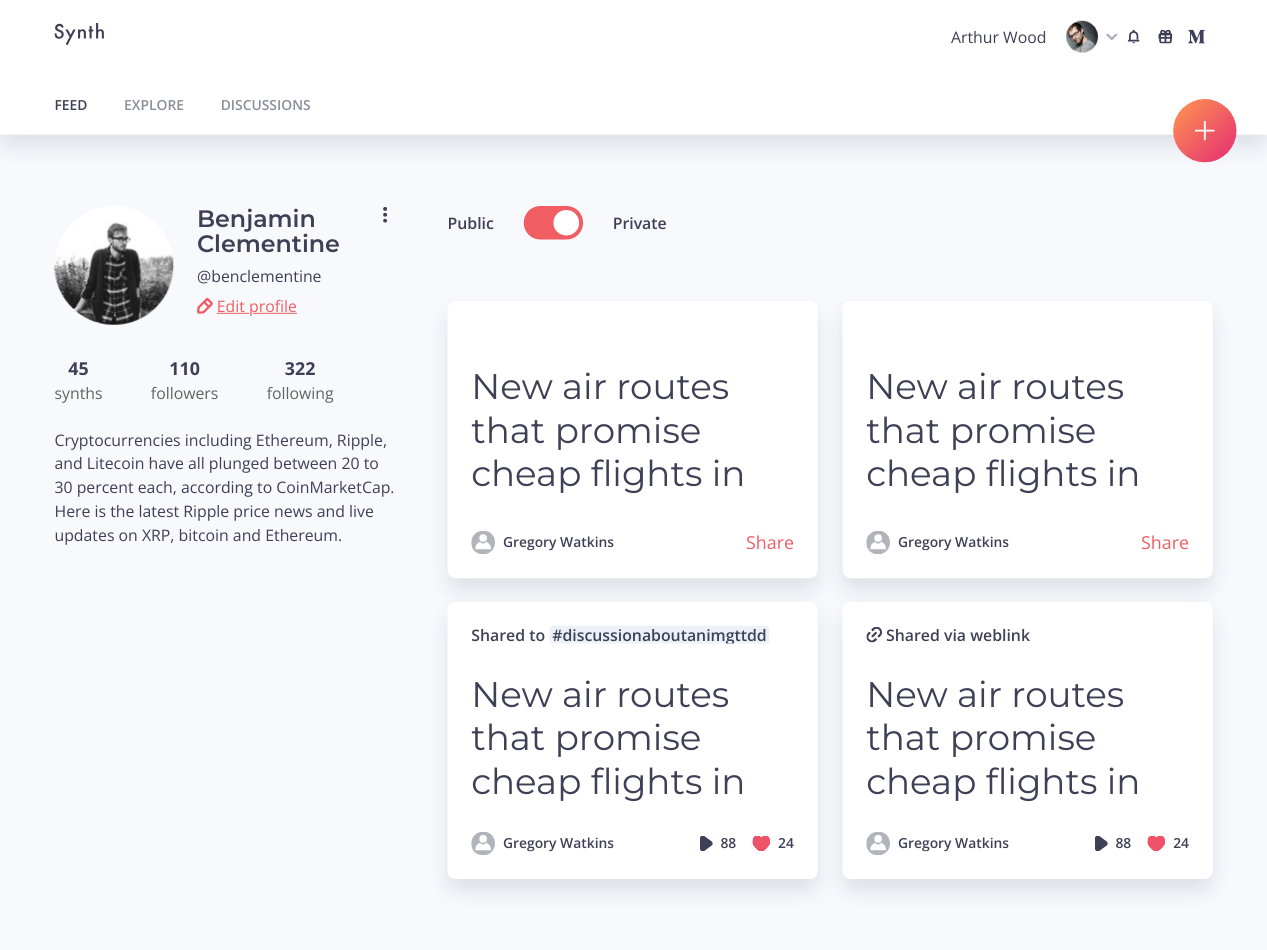
Repository: ecspetra/swivl-test-task
Page: index.html
The author's editor kept a copy of each file at every save. The page is drawn from the files as they stood at one save, then again after the next save.
The browser window is 1280 px wide. The pictures show the whole page, at 99% of full size.
The style sheet was rebuilt from its Sass, Less or Tailwind sources for each picture, by a compiler version that may differ from the author's.

Above is the page before, as saved 2021-12-10 11:26:05.

### index.html
<!DOCTYPE html>
<html lang="en">

<head>
    <meta charset="UTF-8">
    <meta http-equiv="X-UA-Compatible" content="IE=edge">
    <meta name="viewport" content="width=device-width, initial-scale=1.0">
    <link rel="stylesheet" href="css/style.css">
    <link rel="preconnect" href="https://fonts.googleapis.com">
    <link rel="preconnect" href="https://fonts.gstatic.com" crossorigin>
    <link
        href="https://fonts.googleapis.com/css2?family=Montserrat:wght@400;600&family=Open+Sans:wght@400;600;700&display=swap"
        rel="stylesheet">
    <title>Synth User Profile</title>
</head>

<body>
    <header>
        <div class="header">
            <div class="header__logo-wrapper">
                <img class="header__logo" src="img/synth-logotype.svg" alt="synth-logotype">
            </div>
            <div class="header__profile">
                <div class="header__user">
                    <p class="header__username">Arthur Wood</p>
                    <div class="header__avatar-wrapper">
                        <img class="header__avatar" src="img/header__avatar.png" alt="avatar">
                    </div>
                </div>
                <div class="header__icons">
                    <div class="header__icon-wrapper">
                        <svg class="header__notifications-icon" width="14" height="16" viewBox="0 0 14 16" fill="none"
                            xmlns="http://www.w3.org/2000/svg">
                            <mask id="path-1-inside-1_0_47" fill="white">
                                <path fill-rule="evenodd" clip-rule="evenodd"
                                    d="M8.64706 14.4C8.64706 15.28 7.90588 16 7 16C6.09412 16 5.35294 15.28 5.35294 14.4H6.64706H7H7.35294H8.64706ZM7 3.51197L6.2133 3.69304C4.69773 4.04187 3.64706 5.33599 3.64706 6.8V11.2V11.6H11.9644L12.3529 11.2L12.7647 11.6L14 12.8V13.6H13.2229H12H11.9532H2.04679H2H0.777143H0V12.8L1.23529 11.6L1.64706 11.2V6.8C1.64706 4.344 3.40118 2.288 5.76471 1.744V1.2C5.76471 0.536 6.31647 0 7 0C7.68353 0 8.23529 0.536 8.23529 1.2V1.744C10.5988 2.288 12.3529 4.344 12.3529 6.8V11.2H10.3529V6.8C10.3529 5.33599 9.30227 4.04187 7.7867 3.69304L7 3.51197Z" />
                            </mask>
                            <path
                                d="M8.64706 14.4H10.6471V12.4H8.64706V14.4ZM5.35294 14.4V12.4H3.35294V14.4H5.35294ZM6.2133 3.69304L6.6619 5.64208H6.6619L6.2133 3.69304ZM7 3.51197L7.4486 1.56293L7 1.45968L6.5514 1.56293L7 3.51197ZM3.64706 11.6H1.64706V13.6H3.64706V11.6ZM11.9644 11.6V13.6H12.8098L13.3989 12.9936L11.9644 11.6ZM12.7647 11.6L11.3711 13.0346L12.7647 11.6ZM14 12.8H16V11.9545L15.3936 11.3654L14 12.8ZM14 13.6V15.6H16V13.6H14ZM0 13.6H-2V15.6H0V13.6ZM0 12.8L-1.39357 11.3654L-2 11.9545V12.8H0ZM1.23529 11.6L-0.158278 10.1654H-0.158278L1.23529 11.6ZM1.64706 11.2L3.04063 12.6346L3.64706 12.0455V11.2H1.64706ZM5.76471 1.744L6.2133 3.69304L7.76471 3.33596V1.744H5.76471ZM8.23529 1.744H6.23529V3.33596L7.78669 3.69304L8.23529 1.744ZM10.3529 11.2H8.35294V13.2H10.3529V11.2ZM7.7867 3.69304L7.3381 5.64208H7.3381L7.7867 3.69304ZM7 18C8.95541 18 10.6471 16.4388 10.6471 14.4H6.64706C6.64706 14.1212 6.85636 14 7 14V18ZM3.35294 14.4C3.35294 16.4388 5.04459 18 7 18V14C7.14364 14 7.35294 14.1212 7.35294 14.4H3.35294ZM6.64706 12.4H5.35294V16.4H6.64706V12.4ZM7 12.4H6.64706V16.4H7V12.4ZM7.35294 12.4H7V16.4H7.35294V12.4ZM8.64706 12.4H7.35294V16.4H8.64706V12.4ZM6.6619 5.64208L7.4486 5.46101L6.5514 1.56293L5.76471 1.744L6.6619 5.64208ZM5.64706 6.8C5.64706 6.32045 6.00193 5.79398 6.6619 5.64208L5.76471 1.744C3.39352 2.28976 1.64706 4.35153 1.64706 6.8H5.64706ZM5.64706 11.2V6.8H1.64706V11.2H5.64706ZM5.64706 11.6V11.2H1.64706V11.6H5.64706ZM11.9644 9.6H3.64706V13.6H11.9644V9.6ZM10.9184 9.80643L10.5298 10.2064L13.3989 12.9936L13.7875 12.5936L10.9184 9.80643ZM14.1583 10.1654L13.7465 9.76544L10.9594 12.6346L11.3711 13.0346L14.1583 10.1654ZM15.3936 11.3654L14.1583 10.1654L11.3711 13.0346L12.6064 14.2346L15.3936 11.3654ZM16 13.6V12.8H12V13.6H16ZM13.2229 15.6H14V11.6H13.2229V15.6ZM12 15.6H13.2229V11.6H12V15.6ZM11.9532 15.6H12V11.6H11.9532V15.6ZM2.04679 15.6H11.9532V11.6H2.04679V15.6ZM2 15.6H2.04679V11.6H2V15.6ZM0.777143 15.6H2V11.6H0.777143V15.6ZM0 15.6H0.777143V11.6H0V15.6ZM-2 12.8V13.6H2V12.8H-2ZM-0.158278 10.1654L-1.39357 11.3654L1.39357 14.2346L2.62887 13.0346L-0.158278 10.1654ZM0.253487 9.76544L-0.158278 10.1654L2.62887 13.0346L3.04063 12.6346L0.253487 9.76544ZM-0.352941 6.8V11.2H3.64706V6.8H-0.352941ZM5.31611 -0.20504C2.10462 0.534128 -0.352941 3.35201 -0.352941 6.8H3.64706C3.64706 5.33599 4.69773 4.04187 6.2133 3.69304L5.31611 -0.20504ZM3.76471 1.2V1.744H7.76471V1.2H3.76471ZM7 -2C5.26695 -2 3.76471 -0.622824 3.76471 1.2H7.76471C7.76471 1.69482 7.36599 2 7 2V-2ZM10.2353 1.2C10.2353 -0.622824 8.73305 -2 7 -2V2C6.63401 2 6.23529 1.69482 6.23529 1.2H10.2353ZM10.2353 1.744V1.2H6.23529V1.744H10.2353ZM14.3529 6.8C14.3529 3.35201 11.8954 0.534128 8.68389 -0.20504L7.78669 3.69304C9.30227 4.04187 10.3529 5.33599 10.3529 6.8H14.3529ZM14.3529 11.2V6.8H10.3529V11.2H14.3529ZM10.3529 13.2H12.3529V9.2H10.3529V13.2ZM8.35294 6.8V11.2H12.3529V6.8H8.35294ZM7.3381 5.64208C7.99807 5.79398 8.35294 6.32045 8.35294 6.8H12.3529C12.3529 4.35153 10.6065 2.28976 8.23529 1.744L7.3381 5.64208ZM6.5514 5.46101L7.3381 5.64208L8.23529 1.744L7.4486 1.56293L6.5514 5.46101Z"
                                fill="#3E4056" mask="url(#path-1-inside-1_0_47)" />
                        </svg>
                    </div>
                    <div class="header__icon-wrapper">
                        <svg class="header__share-icon" id="b2f878dd-77d2-4c09-b9a4-707f73bc2f55" data-name="Слой 1"
                            xmlns="http://www.w3.org/2000/svg" viewBox="0 0 16 15.42">
                            <defs>
                                <style>
                                    .bae8df2b-01c6-49e5-bc60-1f7b441e47a7 {
                                        fill: #3e4056;
                                    }
                                </style>
                            </defs>
                            <g id="b9b9b8c9-97a8-42bd-8cda-88f7a0d50de3" data-name="Rectangle 10">
                                <path class="bae8df2b-01c6-49e5-bc60-1f7b441e47a7"
                                    d="M12,15.42H4a3,3,0,0,1-3-3v-6a3,3,0,0,1,3-3h8a3,3,0,0,1,3,3v6A3,3,0,0,1,12,15.42Zm-8-10a1,1,0,0,0-1,1v6a1,1,0,0,0,1,1h8a1,1,0,0,0,1-1v-6a1,1,0,0,0-1-1Z" />
                            </g>
                            <g id="ac1fcabc-fe41-4ad4-8f2c-08a9574db54f" data-name="Oval 6 Copy 3">
                                <path class="bae8df2b-01c6-49e5-bc60-1f7b441e47a7"
                                    d="M5.56,6.07a4.5,4.5,0,0,1-1.48-.24A3.16,3.16,0,0,1,2.34,4.28,2.93,2.93,0,0,1,2.21,2,3,3,0,0,1,6.13.19a4.73,4.73,0,0,1,2,1.52,2.74,2.74,0,0,1,.64,2.64C8.35,5.56,6.89,6.07,5.56,6.07ZM5.05,2a1,1,0,0,0-1,.64.94.94,0,0,0,0,.75A1.09,1.09,0,0,0,4.77,4a2.41,2.41,0,0,0,2.14-.28A1.13,1.13,0,0,0,6.58,3a2.88,2.88,0,0,0-1.13-.88A1.09,1.09,0,0,0,5.05,2Z" />
                            </g>
                            <g id="abe7f8d5-9a70-44fc-800c-0d9336f48a5e" data-name="Oval 6 Copy 4">
                                <path class="bae8df2b-01c6-49e5-bc60-1f7b441e47a7"
                                    d="M10.44,6.07c-1.33,0-2.79-.51-3.23-1.72a2.74,2.74,0,0,1,.64-2.64,4.73,4.73,0,0,1,2-1.52A3,3,0,0,1,13.79,2a3.05,3.05,0,0,1-1.87,3.87A4.5,4.5,0,0,1,10.44,6.07ZM11,2a1.09,1.09,0,0,0-.4.07A2.88,2.88,0,0,0,9.42,3a1.13,1.13,0,0,0-.33.72A2.42,2.42,0,0,0,11.23,4h0a1,1,0,0,0,.68-1.31A1,1,0,0,0,11,2Z" />
                            </g>
                            <g id="ba091cbe-8ec9-403f-a7b6-b61023df330d" data-name="Rectangle 11">
                                <rect class="bae8df2b-01c6-49e5-bc60-1f7b441e47a7" x="7" y="4.42" width="2"
                                    height="10" />
                            </g>
                            <path class="bae8df2b-01c6-49e5-bc60-1f7b441e47a7"
                                d="M14,4.12H2a2,2,0,0,0-2,2v3a1,1,0,0,0,1,1H15a1,1,0,0,0,1-1v-3A2,2,0,0,0,14,4.12Zm0,4.06H2V6.12H14Z" />
                        </svg>
                    </div>
                    <div class="header__icon-wrapper">
                        <svg class="header__medium-icon" width="16" height="13" viewBox="0 0 16 13" fill="none"
                            xmlns="http://www.w3.org/2000/svg">
                            <path
                                d="M1.89729 2.65197C1.91717 2.45096 1.84227 2.25228 1.69561 2.11699L0.201681 0.275132V0H4.84034L8.42577 8.04762L11.578 0H16V0.275132L14.7227 1.52851C14.6126 1.61442 14.5579 1.75561 14.5808 1.89536V11.1046C14.5579 11.2444 14.6126 11.3856 14.7227 11.4715L15.9701 12.7249V13H9.69561V12.7249L10.9879 11.4409C11.1148 11.311 11.1148 11.2728 11.1148 11.0741V3.63022L7.52194 12.9694H7.03641L2.85341 3.63022V9.88948C2.81853 10.1526 2.90393 10.4176 3.08497 10.6079L4.76564 12.6943V12.9694H0V12.6943L1.68067 10.6079C1.86039 10.4173 1.94081 10.1506 1.89729 9.88948V2.65197Z"
                                fill="#3E3F58" />
                        </svg>
                    </div>
                </div>
            </div>
            <div class="header__btn-wrapper">
                <button class="header__btn">
                    <img class="header__plus-icon" src="img/plus-icon.svg" alt="plus-btn">
                </button>
            </div>
        </div>
        <div class="header__navigation-wrapper">
            <nav class="header__navigation">
                <ul class="navigation-list">
                    <li><a href="#" class="navigation-list__item navigation-list__item__active">Feed</a></li>
                    <li><a href="#" class="navigation-list__item">Explore</a></li>
                    <li><a href="#" class="navigation-list__item">Discussions</a></li>
                </ul>
            </nav>
        </div>
    </header>
    <main>
        <section>
            <div class="profile">
                <div class="profile__user-details">
                    <div class="profile__general">
                        <div class="profile__avatar-wrapper">
                            <img class="profile__avatar" src="img/profile__avatar.png" alt="avatar">
                        </div>
                        <div class="profile__name-wrapper">
                            <h2 class="profile__name">Benjamin Clementine</h2>
                            <div class="profile__dots-wrapper">
                                <img class="profile__dots" src="img/dots.svg" alt="show-actions">
                            </div>
                        </div>
                        <p class="profile__instagram">@benclementine</p>
                        <a class="profile__edit-btn" href="#">Edit profile</a>
                    </div>
                    <div class="profile__statistics">
                        <p class="profile__synths"><span>45</span><br>synths</p>
                        <p class="profile__followers"><span>110</span><br>followers</p>
                        <p class="profile__following"><span>322</span><br>following</p>
                    </div>
                    <p class="profile__description">Cryptocurrencies including Ethereum, Ripple, and Litecoin have all
                        plunged between 20 to 30 percent each, according to CoinMarketCap. Here is the latest Ripple
                        price news and live updates on XRP, bitcoin and Ethereum.</p>
                </div>
                <div class="profile__switcher-wrapper">
                    <div class="profile__switcher">
                        <p class="profile__switcher-option">Public</p>
                        <div class="switcher">
                            <label class="switcher__label">
                                <input class="switcher__checkbox" type="checkbox" checked>
                                <span class="switcher__slider"></span>
                            </label>
                        </div>
                        <p class="profile__switcher-option">Private</p>
                    </div>
                </div>
                <div class="profile__cards-wrapper">
                    <article class="profile-card">
                        <h1 class="profile-card__headline">New air routes that promise cheap flights in</h1>
                        <div class="profile-card__bottom">
                            <div class="profile-card__author-wrapper">
                                <div class="profile-card__author-photo">
                                    <img class="profile-card__author" src="img/user-default.svg" alt="author">
                                </div>
                                <a class="profile-card__author-name" href="#">Gregory Watkins</a>
                            </div>
                            <div class="profile-card__actions-wrapper">
                                <div class="profile-card__share-wrapper">
                                    <a class="profile-card__share-link" href="#">Share</a>
                                </div>
                            </div>
                        </div>
                    </article>
                    <article class="profile-card">
                        <h1 class="profile-card__headline">New air routes that promise cheap flights in</h1>
                        <div class="profile-card__bottom">
                            <div class="profile-card__author-wrapper">
                                <div class="profile-card__author-photo">
                                    <img class="profile-card__author" src="img/user-default.svg" alt="author">
                                </div>
                                <a class="profile-card__author-name" href="#">Gregory Watkins</a>
                            </div>
                            <div class="profile-card__actions-wrapper">
                                <div class="profile-card__share-wrapper">
                                    <a class="profile-card__share-link" href="#">Share</a>
                                </div>
                            </div>
                        </div>
                    </article>
                    <article class="profile-card">
                        <p class="profile-card__top">Shared to <span>#discussionaboutanimgttdd</span></p>
                        <h1 class="profile-card__headline">New air routes that promise cheap flights in</h1>
                        <div class="profile-card__bottom">
                            <div class="profile-card__author-wrapper">
                                <div class="profile-card__author-photo">
                                    <img class="profile-card__author" src="img/user-default.svg" alt="author">
                                </div>
                                <a class="profile-card__author-name" href="#">Gregory Watkins</a>
                            </div>
                            <div class="profile-card__actions-wrapper">
                                <div class="profile-card__icon-wrapper">
                                    <img class="profile-card__icon" src="img/icon_view.svg" alt="view-icon">
                                    <p class="profile-card__icon-counter">88</p>
                                </div>
                                <div class="profile-card__icon-wrapper">
                                    <img class="profile-card__icon" src="img/icon-like.svg" alt="like-icon">
                                    <p class="profile-card__icon-counter">24</p>
                                </div>
                            </div>
                        </div>
                    </article>
                    <article class="profile-card">
                        <p class="profile-card__top weblink-shared">Shared via weblink</p>
                        <h1 class="profile-card__headline">New air routes that promise cheap flights in</h1>
                        <div class="profile-card__bottom">
                            <div class="profile-card__author-wrapper">
                                <div class="profile-card__author-photo">
                                    <img class="profile-card__author" src="img/user-default.svg" alt="author">
                                </div>
                                <a class="profile-card__author-name" href="#">Gregory Watkins</a>
                            </div>
                            <div class="profile-card__actions-wrapper">
                                <div class="profile-card__icon-wrapper">
                                    <img class="profile-card__icon" src="img/icon_view.svg" alt="view-icon">
                                    <p class="profile-card__icon-counter">88</p>
                                </div>
                                <div class="profile-card__icon-wrapper">
                                    <img class="profile-card__icon" src="img/icon-like.svg" alt="like-icon">
                                    <p class="profile-card__icon-counter">24</p>
                                </div>
                            </div>
                        </div>
                    </article>
                </div>
            </div>
        </section>
    </main>

</body>

</html>

Loaded but not shown: scss/style.scss (638 lines, source omitted)

After the next save:
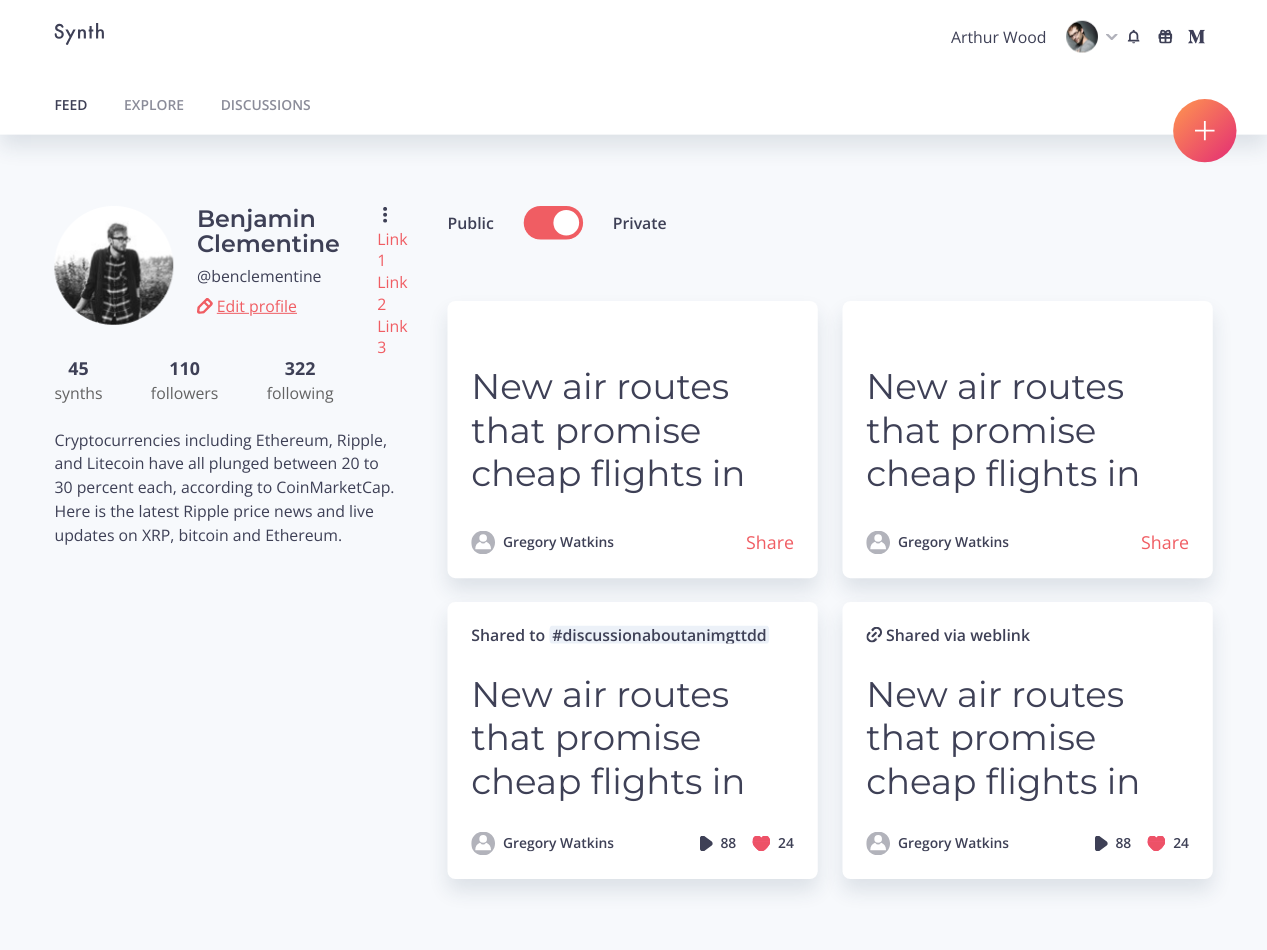
Saved 21 s later.
--- a/index.html
+++ b/index.html
@@ -24,7 +24,7 @@
                 <div class="header__user">
                     <p class="header__username">Arthur Wood</p>
                     <div class="header__avatar-wrapper">
-                        <img class="header__avatar" src="img/header__avatar.png" alt="avatar">
+                        <img class="header__avatar" src="img/header-avatar.png" alt="avatar">
                     </div>
                 </div>
                 <div class="header__icons">
@@ -102,12 +102,17 @@
                 <div class="profile__user-details">
                     <div class="profile__general">
                         <div class="profile__avatar-wrapper">
-                            <img class="profile__avatar" src="img/profile__avatar.png" alt="avatar">
+                            <img class="profile__avatar" src="img/profile-avatar.png" alt="avatar">
                         </div>
                         <div class="profile__name-wrapper">
                             <h2 class="profile__name">Benjamin Clementine</h2>
                             <div class="profile__dots-wrapper">
                                 <img class="profile__dots" src="img/dots.svg" alt="show-actions">
+                                <div class="dropdown-content">
+                                    <a href="#">Link 1</a>
+                                    <a href="#">Link 2</a>
+                                    <a href="#">Link 3</a>
+                                </div>
                             </div>
                         </div>
                         <p class="profile__instagram">@benclementine</p>
